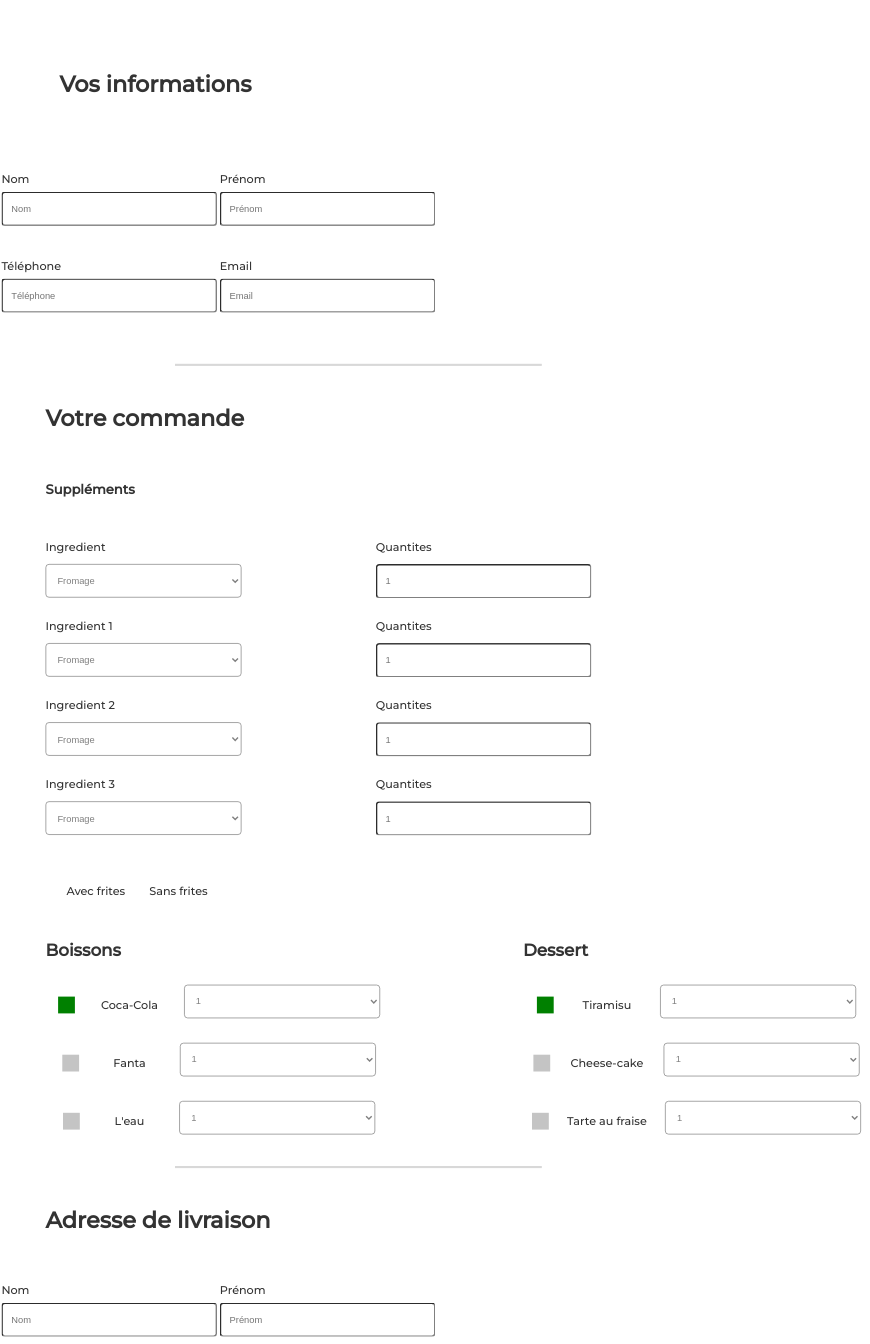
Repository: Ahlam-belhadj/bella-olange
Page: index2.html
The author's editor kept a copy of each file at every save. The page is drawn from the files as they stood at one save, then again after the next save.
The browser window is 1024 px wide. The page is 1243 px wide, then 1174 px, so the pictures cover 1243 px, including what lies to the right of the window. The pictures show the part of the page from y = 704 to 2624 px (the page is 3199 px tall before and 4501 px after), at 70% of full size.

Above is the page before, as saved 2023-02-13 18:31:01.

After the next save:
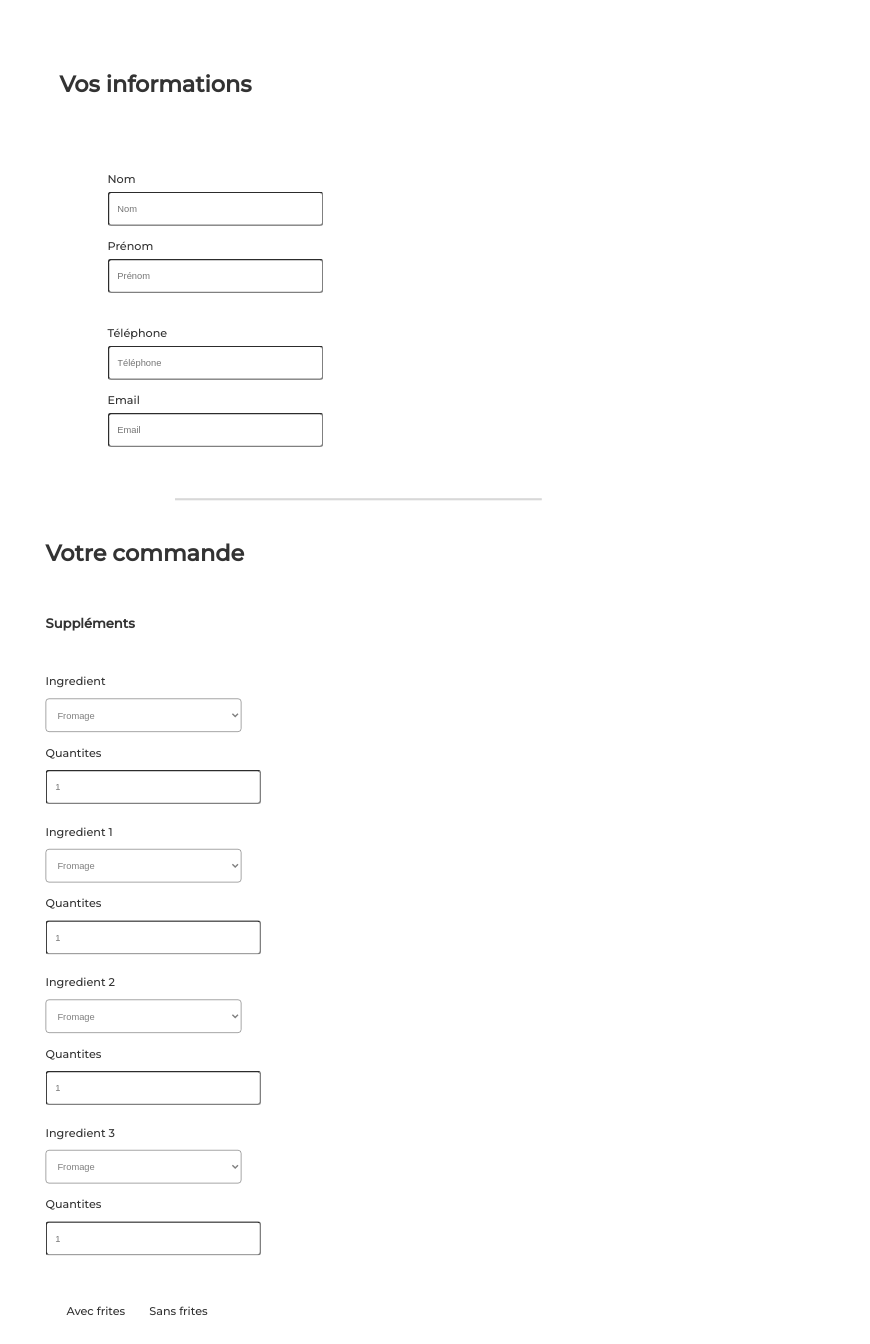
Saved 10 s later.
--- a/style2.css
+++ b/style2.css
@@ -477,8 +477,36 @@ button {
 }
 
 @media screen and (min-width:651px) and (max-width:1199px) {
-
-
-
-
-}
+  .nom_prenom {
+    display: flex;
+    flex-direction: column;
+    padding-left: 15%;
+}
+
+.telephone_email {
+    display: flex;
+    flex-direction: column;
+    padding-left: 15%;
+}
+
+.ingredient_quantite{
+  display: flex;
+  flex-direction: column;
+}
+
+.all{
+  display: flex;
+  flex-direction: column;
+}
+
+.content_of_dessert{
+  margin-left: 0px;
+}
+
+.Fromage{
+  width: 20px;
+}
+
+
+
+}
